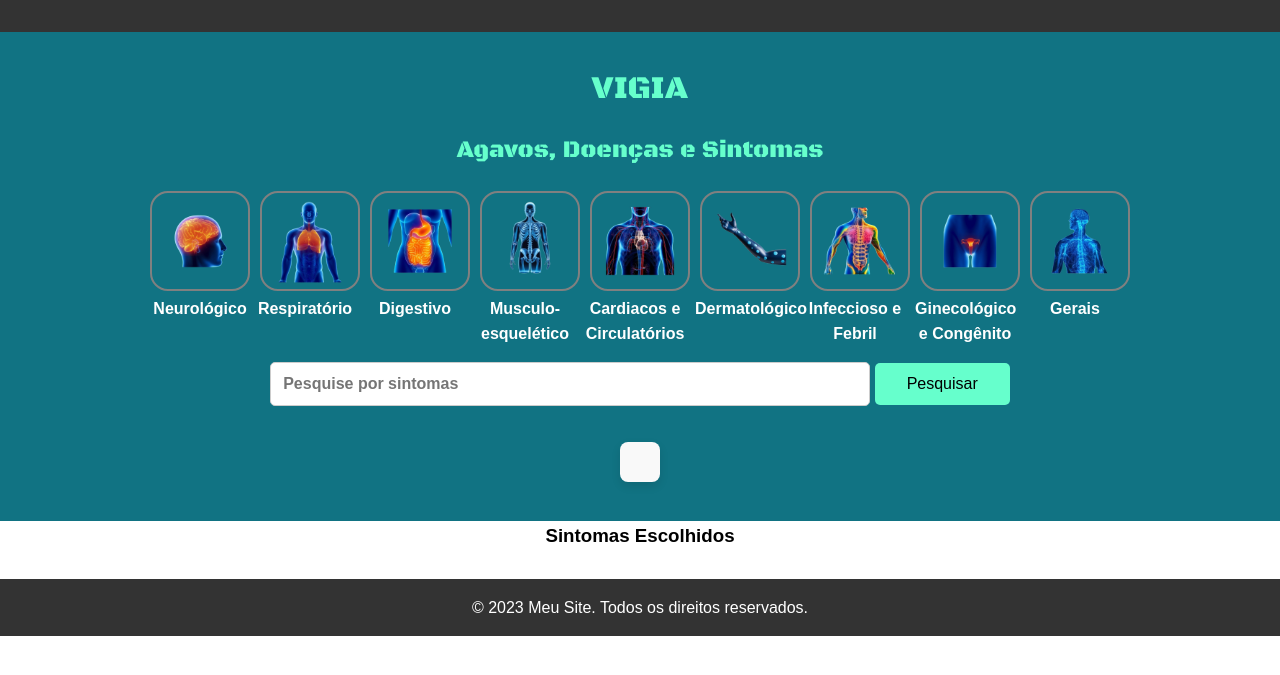
Repository: br-on/vigia
Page: index.html
These files come from the project's save history. The page is drawn as it stood at one moment and after the next save; the edit follows.
The browser window is 1280 px wide. The pictures show the whole page.
Some web fonts or font styles are not loaded; a fallback is used.

Above is the page before, as saved 2024-09-15 16:53:58.

After the next save:
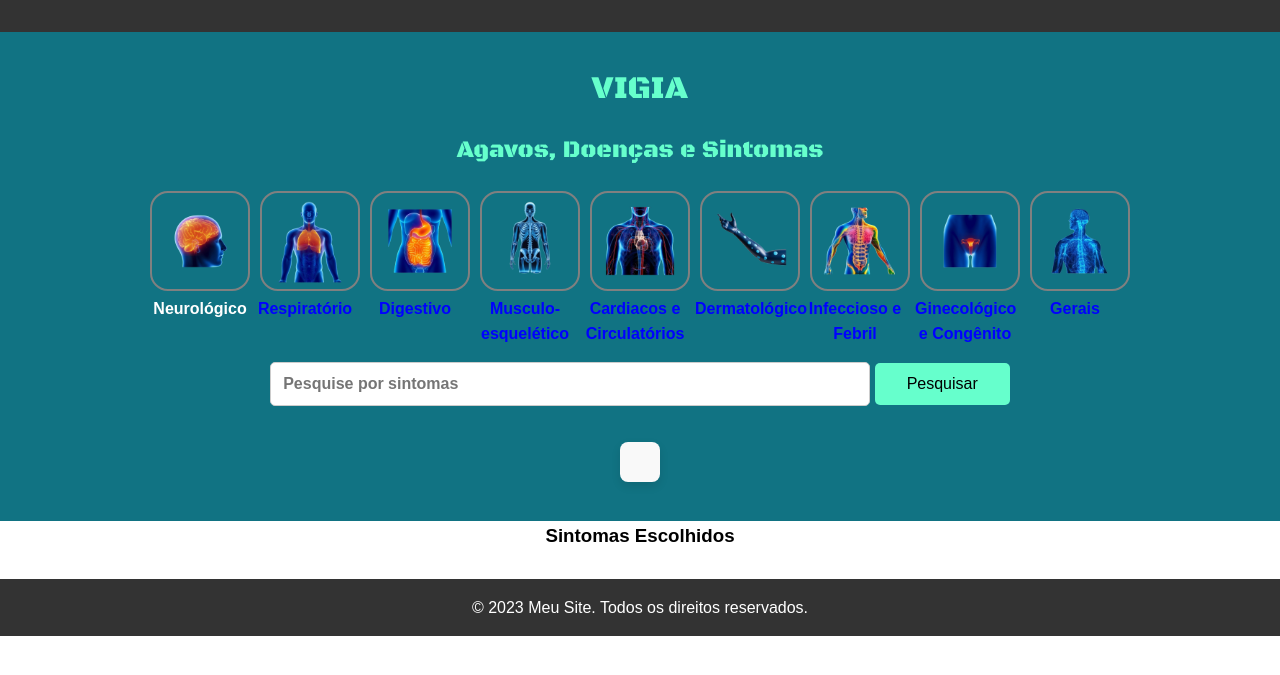
Saved 23 s later.
--- a/assets/style/style.css
+++ b/assets/style/style.css
@@ -300,4 +300,5 @@ footer {
 .nome-grupo {
     max-width: 100px;
     font-size: 1em;
-}
+    color: blue
+}
